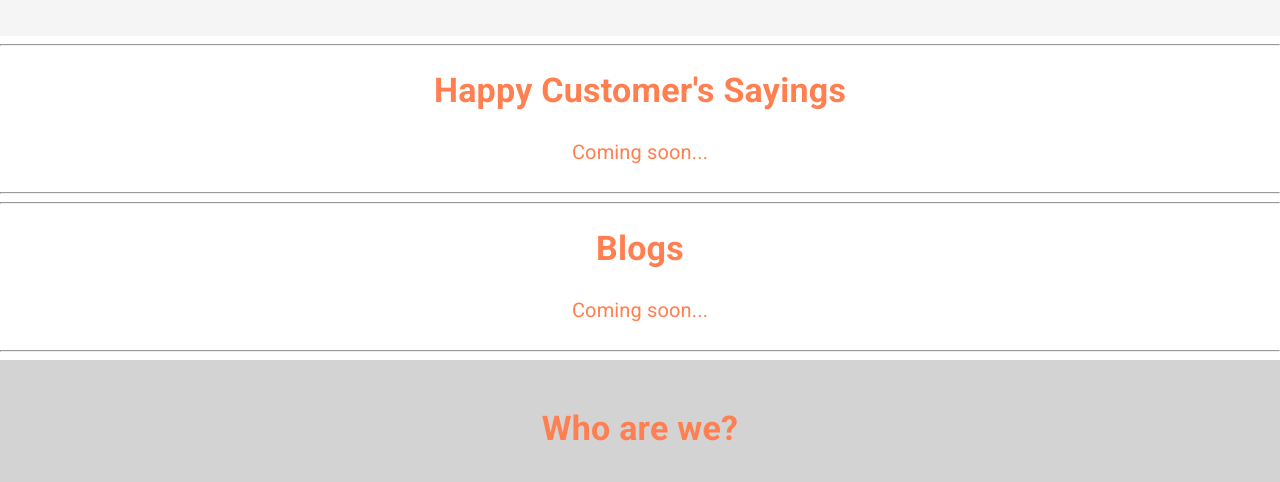
Repository: Sharif-00112/dogos-paradise-client
Page: /
The author's editor kept a copy of each file at every save. The page is drawn from the files as they stood at one save, then again after the next save.
The browser window is 1280 px wide. The pictures show the part of the page from y = 1582 to 2064 px (the page is 3314 px tall).
Pictures or frames that could not be fetched are drawn as grey boxes. The page's requests for data from a server got no answer. The project was rebuilt for these pictures with package versions that can differ from the ones it lists, and the page was loaded fresh each time. Some packages were replaced by stand-ins written for this rebuild. No one was signed in, and anything a server would have sent is missing. Also part of the build but not shown: src/Pages/Home/Dog/Dog.js, src/Pages/Login/Login/Login.js, src/Pages/Login/Register/Register.js, src/Pages/NotFound/NotFound.js.

Above is the page before, as saved 2022-12-05 23:20:41.

After the next save:
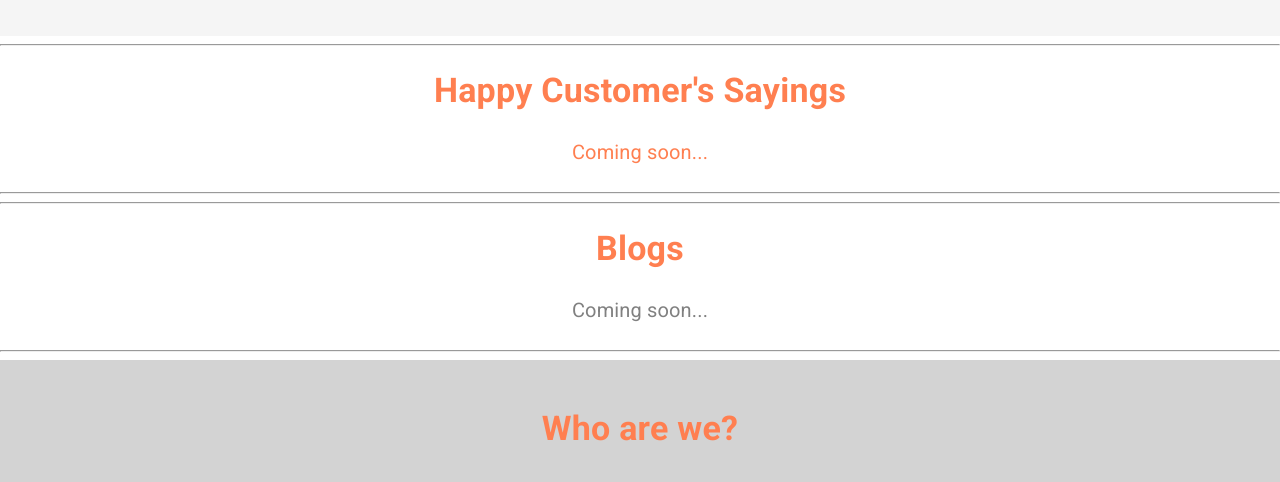
Saved 13 s later.
--- a/src/Pages/Home/Blogs/Blogs.js
+++ b/src/Pages/Home/Blogs/Blogs.js
@@ -9,7 +9,7 @@ const Blogs = () => {
             <Typography sx={{ m: 3, color: 'coral', fontWeight: 600 }} variant="h4" component="div">
                 Blogs
             </Typography>
-            <Typography sx={{ m: 3, color: 'coral', fontWeight: 400 }} variant="h6" component="div">
+            <Typography sx={{ m: 3, color: 'gray', fontWeight: 400 }} variant="h6" component="div">
                 Coming soon...
             </Typography>
             <hr />
